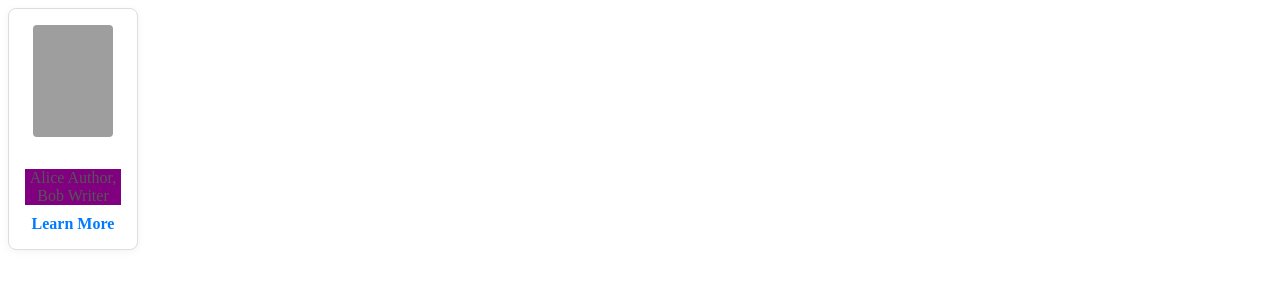
Repository: Micaelavalmores/BookCatalog
Page: /
The author's editor kept a copy of each file at every save. The page is drawn from the files as they stood at one save, then again after a run of saves.
The browser window is 1280 px wide. The pictures show the whole page.
Pictures or frames that could not be fetched are drawn as grey boxes. The project was rebuilt for these pictures with package versions that can differ from the ones it lists, and the page was loaded fresh each time. Also part of the build but not shown: vite.config.js, src/index.css.

Above is the page before, as saved 2025-09-16 22:49:29.

After the next 2 saves:
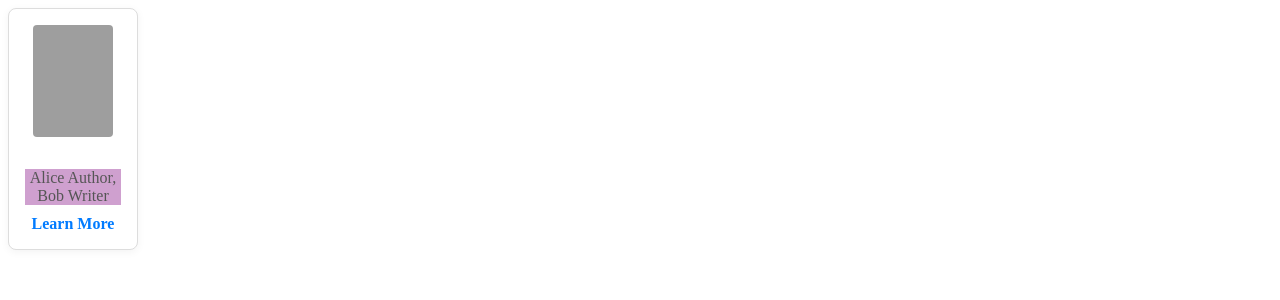
The 2 saves are shown as one change because they came seconds apart.
The last was saved 6 s later.
--- a/src/assets/book.css
+++ b/src/assets/book.css
@@ -27,7 +27,7 @@
   .book-authors {
     color: #555;
     margin-bottom: 10px;
-    background: purple;
+    background: rgb(207, 160, 207);
   }
 
   .book-link {
